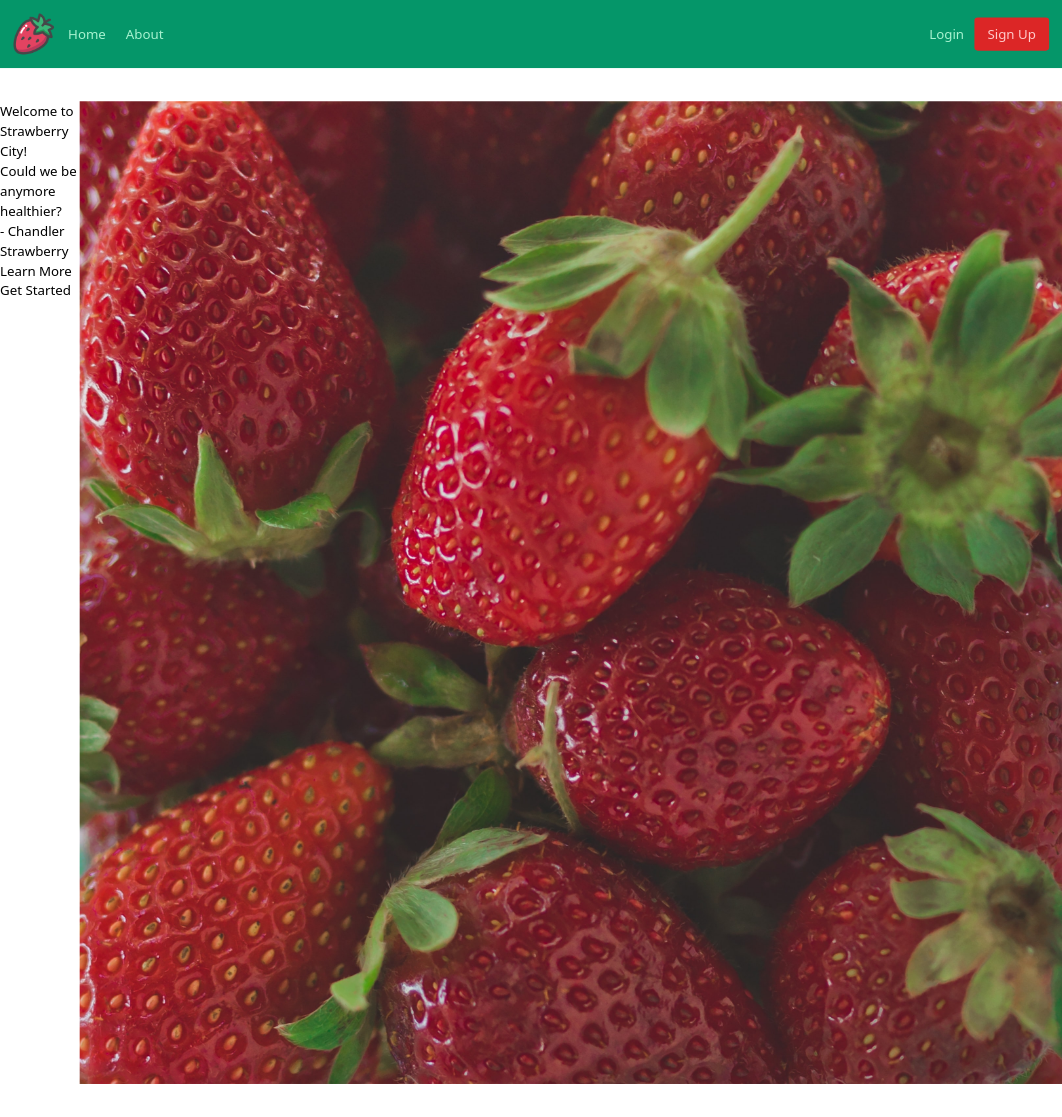
Repository: DaNiels89/tailwind-stawberries
Page: index.html
The author's editor kept a copy of each file at every save. The page is drawn from the files as they stood at one save, then again after the next save.
The browser window is 1280 px wide. The pictures show the whole page, at 83% of full size.

Above is the page before, as saved 2020-08-24 13:42:01.

After the next save:
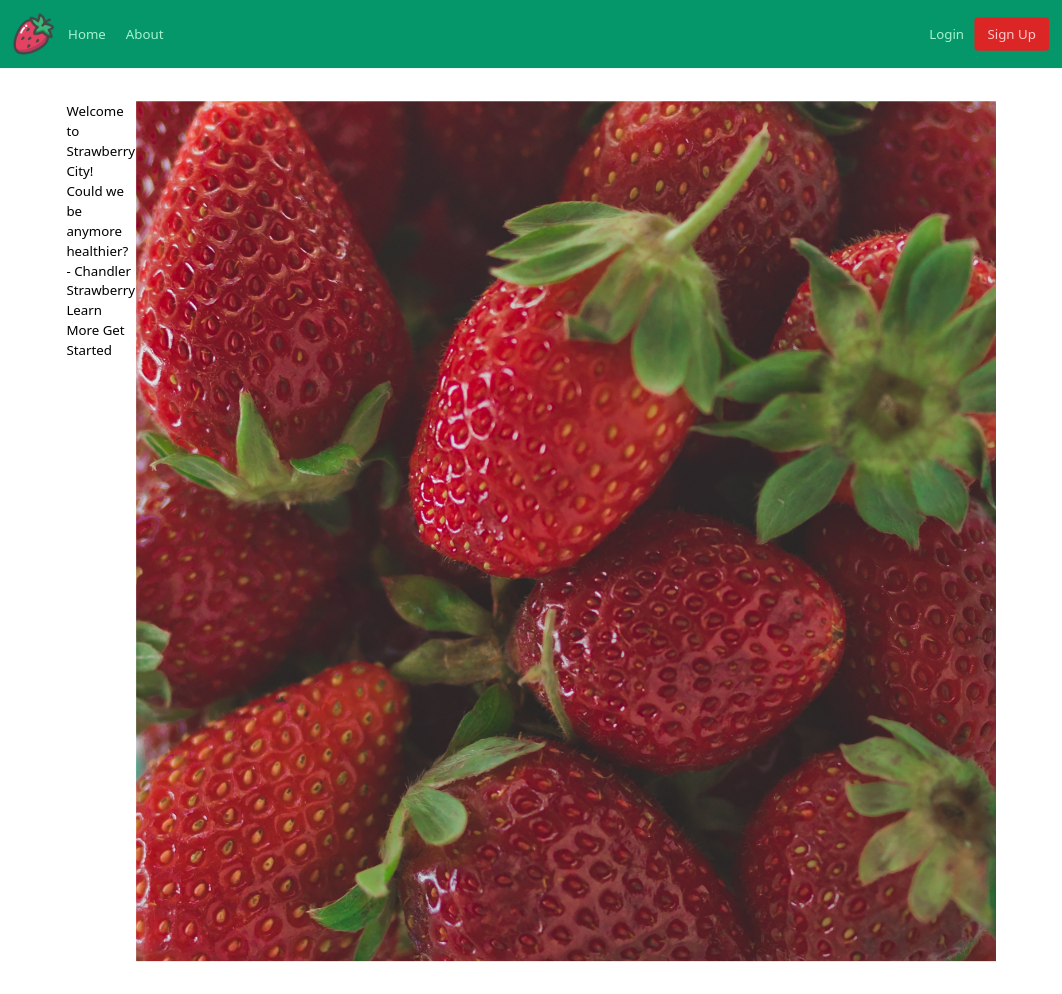
Saved 5 s later.
--- a/index.html
+++ b/index.html
@@ -45,7 +45,7 @@
       </nav>
     </header>
     <main class="">
-      <div class="flex justify-between py-10">
+      <div class="flex justify-between py-10 px-20">
         <div class="">
           <h1 class="">Welcome to Strawberry City!</h1>
           <p class="">Could we be anymore healthier?</p>
